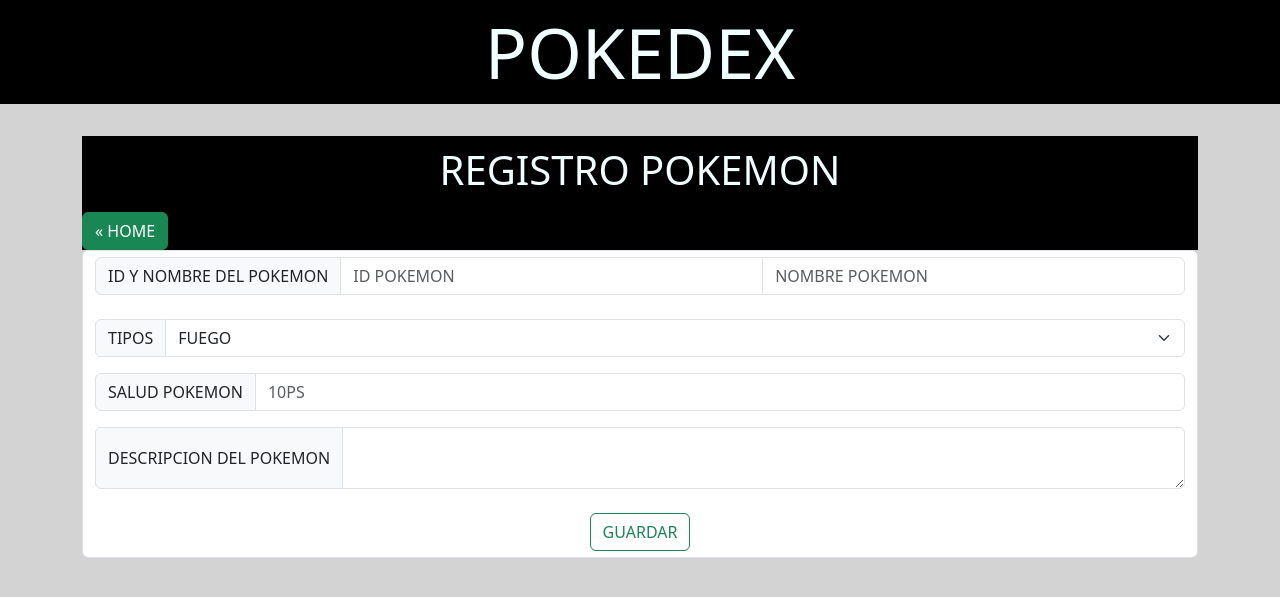
Repository: Edi521/Paginas-web-con-thymeleaf
Page: http://localhost/registro
An editor plug-in stored every save of this project. The page is shown before and after the next save, followed by the edit.
The browser window is 1280 px wide. The pictures show the whole page.
The page is this project's Thymeleaf template; nobody is signed in. The template is opened directly, without the code that normally fills it, so the values that code supplies are empty.

Above is the page before, as saved 2024-11-27 01:02:08.

### Pokedex/src/main/resources/templates/registro.html
<!DOCTYPE html>
<html lang="en">
<head>
    <meta charset="UTF-8">
    <meta name="viewport" content="width=device-width, initial-scale=1.0">
	<link href="https://cdn.jsdelivr.net/npm/bootstrap@5.3.3/dist/css/bootstrap.min.css" rel="stylesheet"
	 integrity="sha384-QWTKZyjpPEjISv5WaRU9OFeRpok6YctnYmDr5pNlyT2bRjXh0JMhjY6hW+ALEwIH" crossorigin="anonymous">
    <title>Pokedex</title>
</head>
<body style="background-color: lightgray;">

	<div style="background-color: black;">
		<h1 style="text-align: center; color: azure; font-size: 70px; padding: 10px;">POKEDEX</h1>
		<div style="text-align: center;">
		</div>
	</div>
	<br>
	<div class="container">

		<div  class="card-header" style="background-color: black;">
			<h2 style="text-align: center; color: azure; font-size: 40px; padding: 10px;">REGISTRO POKEMON</h2>
			<a type="button" class="btn btn-success" th:href="@{/}">  « HOME</a>
		</div>
		<div class="card-body">
			<div class="form-control">
				<form th:object="${pokemon}" method="post" th:action="@{/guardar}">

					<div class="input-group">
					  <span class="input-group-text">ID Y NOMBRE DEL POKEMON</span>
					  <input type="number" name="id" min="1" placeholder="ID POKEMON" class="form-control" th:field="*{idPokemon}" required>
					  <input type="text" name="nombre" placeholder="NOMBRE POKEMON"  class="form-control" th:field="*{nombre}" required>
					</div>

					<br>
					<div class="input-group mb-3">
					  <label class="input-group-text" for="inputGroupSelect01">TIPOS</label>
					  <select class="form-select" id="inputGroupSelect01" name="tipo" th:field="*{tipo}" required>
					    <option value="FUEGO">FUEGO</option>
					    <option value="AGUA">AGUA</option>
					    <option value="ELECTRICO">ELECTRICO</option>
					    <option value="BICHO">BICHO</option>
					  </select>
					</div>

					<div class="input-group mb-3">
					  <span class="input-group-text" id="basic-addon1">SALUD POKEMON</span>
					  <input type="number" class="form-control" placeholder="10PS" name="salud" th:field="*{salud}" required>
					</div>

					<div class="input-group">
					  <span class="input-group-text">DESCRIPCION DEL POKEMON</span>
					  <textarea class="form-control" name="descripcion" required th:field="*{descripcion}"></textarea>
					</div>
					<br>
					<div  class="card-footer" style="text-align: center;">
						<button class="btn btn-outline-success" type="submit" name="Guardar">GUARDAR</button>
					</div>

				</form>
			</div>

		</div>


	</div>



</body>
</html>

After the next save:
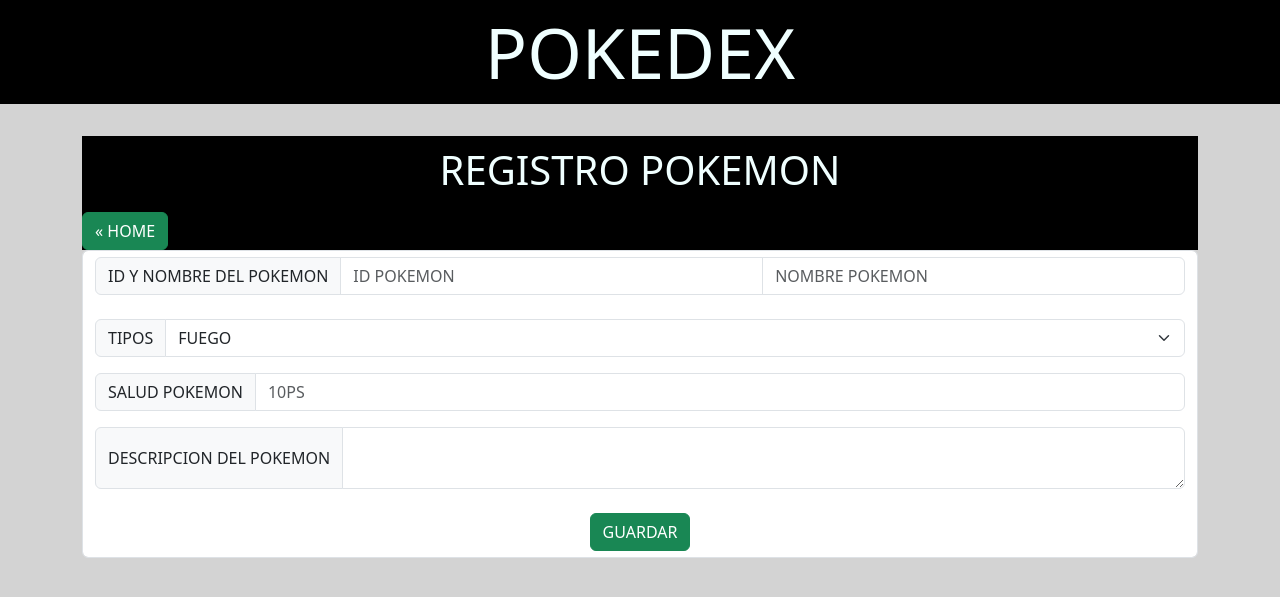
Saved 43 s later.
--- a/Pokedex/src/main/resources/templates/registro.html
+++ b/Pokedex/src/main/resources/templates/registro.html
@@ -53,7 +53,7 @@
 					</div>
 					<br>
 					<div  class="card-footer" style="text-align: center;">
-						<button class="btn btn-outline-success" type="submit" name="Guardar">GUARDAR</button>
+						<button class="btn btn-success" type="submit" name="Guardar">GUARDAR</button>
 					</div>
 
 				</form>
